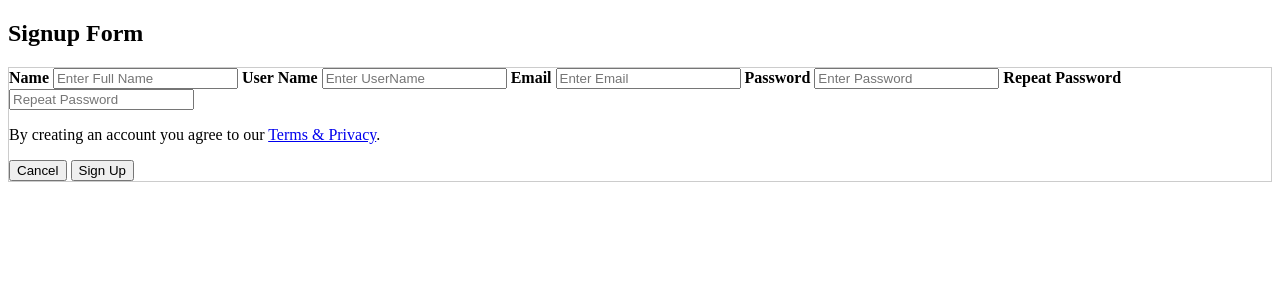
Repository: paragpatidar/LibraryManagementSystem
Page: http://localhost/LibraryManagementSystemSpring/WEB-INF/ui/SignUp.jsp
An editor plug-in stored every save of this project. The page is shown before and after the next save, followed by the edit.
The browser window is 1280 px wide. The pictures show the whole page.
The page is served by Tomcat 9. Nobody is signed in. The template is opened directly, without the code that normally fills it, so the values that code supplies are empty.

Above is the page before, as saved 2017-11-08 08:31:52.

After the next save:
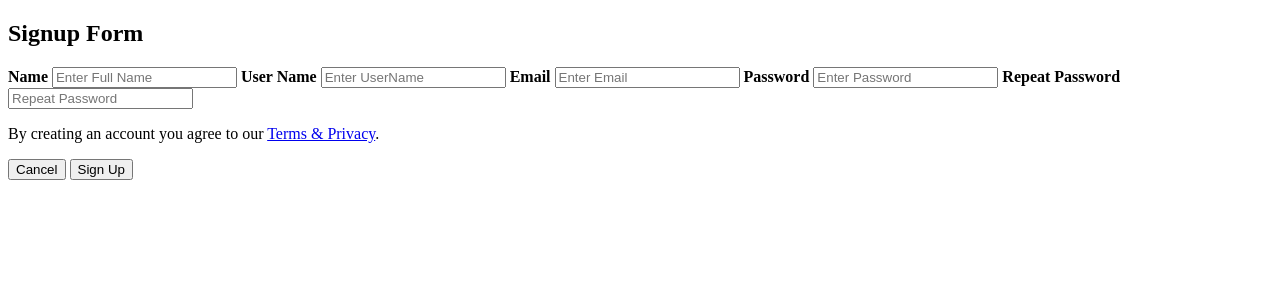
Saved 22 s later.
--- a/LibraryManagementSystemSpring/WebContent/WEB-INF/ui/SignUp.jsp
+++ b/LibraryManagementSystemSpring/WebContent/WEB-INF/ui/SignUp.jsp
@@ -11,7 +11,7 @@
 <body>
 <h2>Signup Form</h2>
 
-<form action="signUp.htm" style="border:1px solid #ccc">
+<form action="signUp.htm">
   <div class="container">
      <label><b>Name</b></label>
     <input type="text" placeholder="Enter Full Name" name="name" required>
